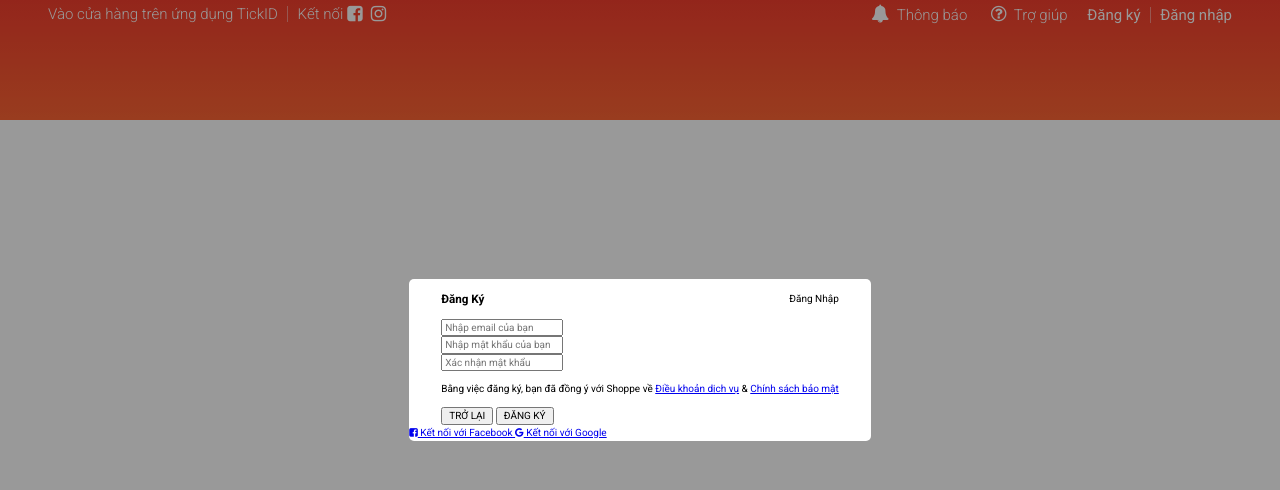
Repository: huydev0401/F8-Shop
Page: index.html
These files come from the project's save history. The page is drawn as it stood at one moment and after the next save; the edit follows.
The browser window is 1280 px wide. The pictures show the whole page.

Above is the page before, as saved 2021-08-12 15:53:27.

### index.html
<!DOCTYPE html>
<html lang="en">
<head>
    <meta charset="UTF-8">
    <meta http-equiv="X-UA-Compatible" content="IE=edge">
    <meta name="viewport" content="width=device-width, initial-scale=1.0">
    <title>Document</title>
    <link rel="stylesheet" href="https://cdnjs.cloudflare.com/ajax/libs/font-awesome/4.7.0/css/font-awesome.css">
    <link rel="preconnect" href="https://fonts.googleapis.com">
    <link rel="preconnect" href="https://fonts.gstatic.com" crossorigin>
    <link href="https://fonts.googleapis.com/css2?family=Roboto:wght@300;400;700&display=swap" rel="stylesheet">
    <link rel="stylesheet" href="https://cdnjs.cloudflare.com/ajax/libs/normalize/8.0.1/normalize.min.css">
    <link rel="stylesheet" href="./assets/css/base.css">
    <link rel="stylesheet" href="./assets/css/main.css">
</head>
<body>
    <header class="header">
        <nav class="navbar grid">
            <ul class="navbar__list">
                <li class="navbar__item navbar__item--has-qr navbar__item--separate">
                    Vào cửa hàng trên ứng dụng TickID
                    <div class="header-qr">
                        <img src="./assets/img/qr_code.png" alt="QR Code" class="header-qr__img">
                        <div class="header-qr__apps">
                            <a href="#" class="header-qr__link">
                                <img class="header-qr__app" src="./assets/img/google_play.png" alt="google play">
                            </a>
                            <a href="#" class="header-qr__link">
                                <img class="header-qr__app" src="./assets/img/app_store.png" alt="app store">
                            </a>
                            <a href="#" class="header-qr__link">
                                <img class="header-qr__app" src="./assets/img/app_gallery.png" alt="app gallery">
                            </a>
                        </div>
                    </div>
                </li>
                <li class="navbar__item">
                    <span class="text-white cursor-text">Kết nối</span>
                    <a class="navbar-icon__link" href="#">
                        <i class="navbar__icon fa fa-facebook-square"></i>
                    </a>
                    <a class="navbar-icon__link" href="#">
                        <i class="navbar__icon fa fa-instagram"></i>
                    </a>
                </li>
            </ul>
            <ul class="navbar__list">
                <li class="navbar__item navbar__item--has-noti">
                    <a href="#" class="navbar__link">
                        <i class="navbar__icon fa fa-bell"></i>
                        Thông báo
                    </a>
                    <div class="header__noti">
                        <div class="noti__heading">
                            <h3>Thông báo mới nhận</h3>
                        </div>
                        <ul class="noti__list">
                            <li class="noti__item">
                                <a href="#" class="noti__link">
                                    <img src="https://images.unsplash.com/photo-1484399172022-72a90b12e3c1?ixid=MnwxMjA3fDB8MHxwaG90by1wYWdlfHx8fGVufDB8fHx8&ixlib=rb-1.2.1&auto=format&fit=crop&w=1050&q=80" alt="" class="noti__image">
                                    <div class="noti__info">
                                        <span class="noti__name">Xác thực chính hãng nguồn gốc các sản phẩm Ohui</span>
                                        <span class="noti__desc">Xác thực chính hãng nguồn gốc các sản phẩm Ohui</span>
                                    </div>
                                </a>
                            </li>
                            <li class="noti__item noti__item--unread">
                                <a href="#" class="noti__link">
                                    <img src="https://images.unsplash.com/photo-1484399172022-72a90b12e3c1?ixid=MnwxMjA3fDB8MHxwaG90by1wYWdlfHx8fGVufDB8fHx8&ixlib=rb-1.2.1&auto=format&fit=crop&w=1050&q=80" alt="" class="noti__image">
                                    <div class="noti__info">
                                        <span class="noti__name">Xác thực chính hãng nguồn gốc các sản phẩm Ohui</span>
                                        <span class="noti__desc">Xác thực chính hãng nguồn gốc các sản phẩm Ohui</span>
                                    </div>
                                </a>
                            </li>
                            <li class="noti__item noti__item--unread">
                                <a href="#" class="noti__link">
                                    <img src="https://images.unsplash.com/photo-1484399172022-72a90b12e3c1?ixid=MnwxMjA3fDB8MHxwaG90by1wYWdlfHx8fGVufDB8fHx8&ixlib=rb-1.2.1&auto=format&fit=crop&w=1050&q=80" alt="" class="noti__image">
                                    <div class="noti__info">
                                        <span class="noti__name">Xác thực chính hãng nguồn gốc các sản phẩm Ohui</span>
                                        <span class="noti__desc">Xác thực chính hãng nguồn gốc các sản phẩm Ohui</span>
                                    </div>
                                </a>
                            </li>
                            <li class="noti__item noti__item--unread">
                                <a href="#" class="noti__link">
                                    <img src="https://images.unsplash.com/photo-1484399172022-72a90b12e3c1?ixid=MnwxMjA3fDB8MHxwaG90by1wYWdlfHx8fGVufDB8fHx8&ixlib=rb-1.2.1&auto=format&fit=crop&w=1050&q=80" alt="" class="noti__image">
                                    <div class="noti__info">
                                        <span class="noti__name">Xác thực chính hãng nguồn gốc các sản phẩm Ohui</span>
                                        <span class="noti__desc">Xác thực chính hãng nguồn gốc các sản phẩm Ohui</span>
                                    </div>
                                </a>
                            </li>
                        </ul>
                        <div class="noti__footer">
                            <a href="#" class="noti__btn">Xem tất cả</a>
                        </div>
                    </div>
                </li>
                <li class="navbar__item">
                    <a href="#" class="navbar__link">
                        <i class="navbar__icon fa fa-question-circle-o"></i>
                        Trợ giúp
                    </a>
                </li>
                <li class="navbar__item navbar__item--bold navbar__item--separate">Đăng ký</li>
                <li class="navbar__item navbar__item--bold">Đăng nhập</li>
            </ul>
        </nav>
    </header>
    <main class="wrapper">

    </main>
    <footer class="footer">

    </footer>

    <!-- Modal -->
    <div class="modal">
        <div class="modal__overlay"></div>
        <div class="modal__content">
            <!-- authe form -->
            <div class="auth-form">
                <div class="auth-form__container">
                    <div class="authe-form__header">
                        <h3 class="authe-form__heading">Đăng Ký</h3>
                        <span class="authe-form__switch-btn">Đăng Nhập</span>
                    </div>
                    <div class="authe-form__form">
                        <div class="authe-form__group">
                            <input type="text" class="authe-form__input" placeholder="Nhập email của bạn">
                        </div>
                        <div class="authe-form__group">
                            <input type="password" class="authe-form__input" placeholder="Nhập mật khẩu của bạn">
                        </div>
                        <div class="authe-form__group">
                            <input type="password" class="authe-form__input" placeholder="Xác nhận mật khẩu">
                        </div>
                    </div>
                    <div class="authe-form__aside">
                        <p class="authe-form__policy-text">
                            Bằng việc đăng ký, bạn đã đồng ý với Shoppe về
                            <a href="#" class="authe-form__policy-link">Điều khoản dịch vụ</a> &
                            <a href="#" class="authe-form__policy-link">Chính sách bảo mật</a>
                        </p>
                    </div>
                    <div class="authe-form__controls">
                        <button class="btn">TRỞ LẠI</button>
                        <button class="btn btn--primary">ĐĂNG KÝ</button>
                    </div>
                </div>
                <div class="authe-form__socials">
                    <a href="#" class="btn btn--with-icon">
                        <i class="fa fa-facebook-square"></i>
                        Kết nối với Facebook
                    </a>
                    <a href="#" class="btn btn--with-icon">
                        <i class="fa  fa-google"></i>
                        Kết nối với Google
                    </a>
                </div>
            </div>
        </div>
    </div>
</body>
</html>

### assets/css/base.css
:root {
    --white_color: #fff;
    --black_color: #000;
    --text_color: #333;
    --primary_color: #ee4d2d;
    --border_color: #dbdbdb;
}

* {
    box-sizing: inherit;
}

html {
    font-size: 62.5%;
    line-height: 1.6rem;
    box-sizing: border-box;
    font-family: 'Roboto', sans-serif;
}

.grid {
    width: 1200px;
    max-width: 100%;
    margin: 0 auto;
}

.grid__full-width {
    width: 100%;
}

.grid__row {
    display: flex;
    flex-wrap: wrap;
}

.text-white {
    color: #fff;
}

.cursor-text {
    cursor: text;
}

/* Modal */
.modal {
    display: flex;
    position: fixed;
    top: 0;
    right: 0;
    bottom: 0;
    left: 0;
}

.modal__overlay {
    position: absolute;
    top: 0;
    left: 0;
    width: 100%;
    height: 100%;
    background-color: rgba(0, 0, 0, .4);
}

.modal__content {
    margin: auto;
    border-radius: 5px;
    background-color: var(--white_color);
    position: relative;
    z-index: 1;
}

### assets/css/main.css
.header {
    height: 120px;
    background-image: linear-gradient(to bottom, #f53e2d, #fe6433 );
}

.navbar {
    display: flex;
    justify-content: space-between;
}

.navbar__list {
    list-style: none;
    padding-left: 0;
    font-size: 1.5rem;
    font-weight: 300;
    margin-top: 5px;
}

.navbar__item {
    display: inline-block;
    margin: 0 8px;
    color: var(--white_color);
    position: relative;
    transition: all .2s linear;
    min-height: 18px;
}

.navbar__item--has-noti:hover .header__noti {
    display: block;
}

.navbar__item--has-qr:hover .header-qr {
    display: block;
}

.navbar__item--separate::after {
    content: " ";
    border-right: 1px solid #fb9086;
    height: 16px;
    position: absolute;
    top: 50%;
    right: -10px;
    transform: translateY(-50%);
}

.navbar__item--bold {
    font-weight: 400;
}

.navbar__link {
    color: var(--white_color);
    text-decoration: none;
    transition: all .2s linear;
}

.navbar__item:hover,
.navbar__link:hover,
.navbar-icon__link:hover {
    color: rgba(255, 255, 255, .7);
    cursor: pointer;
}

.navbar__item,
.navbar-icon__link {
    display: inline-flex;
    align-items: center;
}

.navbar-icon__link {
    color: var(--white_color);
    text-decoration: none;
}

.navbar__icon {
    font-size: 18px;
    margin: 0 4px;
}

.header-qr {
    background-color: var(--white_color);
    width: 180px;
    position: absolute;
    top: 140%;
    left: 0;
    padding: 8px;
    border-radius: 2px;
    display: none;
    animation: fadeIn linear .3s;
    will-change: opacity;
}

@keyframes fadeIn {
    from {
        opacity: 0;
    }
    to {
        opacity: 1;
    }
}

.header-qr::before {
    content: "";
    position: absolute;
    top: -18px;
    left: 0;
    width: 100%;
    height: 20px;
    display: block;
}

.header-qr__img {
    width: 100%;
}

.header-qr__apps {
    display: flex;
    justify-content: space-between;
    flex-wrap: wrap;
}

.header-qr__link {
    width: calc(50% - 10px);
    margin: 5px 0 5px 10px;
}

.header-qr__app {
    height: 15px;
}

.header__noti {
    position: absolute;
    top: 140%;
    right: 0;
    width: 404px;
    background-color: var(--white_color);
    border: 1px solid #d3d3d3;
    cursor: default;
    transform-origin: calc(100% - 20px) top;
    animation: headerNotiGrowth ease-in .2s;
    will-change: opacity, transform;
    display: none;
}

@keyframes headerNotiGrowth {
    from {
        opacity: 0;
        transform: scale(0);
    }
    to {
        opacity: 1;
        transform: scale(1);
    }
}

.header__noti::before {
    content: "";
    position: absolute;
    top: -23px;
    right: 3px;
    border-width: 16px 30px;
    border-style: solid;
    border-color: transparent transparent var(--white_color) transparent;
}

.header__noti::after {
    content: "";
    position: absolute;
    top: -18px;
    right: 0;
    width: 110px;
    height: 20px;
    display: block;
}

.noti__heading {
    height: 40px;
    background-color: var(--white_color);
}

.noti__heading h3 {
    color: #999;
    margin: 0;
    font-weight: 400;
    font-size: 1.4rem;
    text-transform: capitalize;
    line-height: 40px;
    margin-left: 12px;
    user-select: none;
}

.noti__list {
    padding-left: 0;
}

.noti__item {
    transition: all .2s linear;
}

.noti__item:hover {
    background-color: #f7f7f7;
}

.noti__item--unread {
    background-color: rgba(238, 75, 43, 0.09);
}

.noti__link {
    display: flex;
    padding: 12px;
    text-decoration: none;
}

.noti__image {
    width: 48px;
    object-fit: contain;
}

.noti__info {
    margin-left: 12px;
}

.noti__name {
    display: block;
    font-size: 1.4rem;
    color: var(--black_color);
    font-weight: 400;
    margin-bottom: 5px;
}

.noti__desc {
    display: block;
    font-size: 1.2rem;
    color: #756f6e;
}

.noti__footer {
    text-align: center;
}

.noti__btn {
    text-decoration: none;
    color: var(--text_color);
    padding: 10px 0;
    width: 100%;
    font-size: 1.4rem;
    font-weight: 400;
    display: block;
}

/* Authe form */
.auth-form {
    max-width: 500px;
}

.auth-form__container {
    padding: 0 32px;
}

.authe-form__header {
    display: flex;
    align-items: center;
    justify-content: space-between;
}

.authe-form__heading {

}

.authe-form__switch-btn {

}

.authe-form__form {

}

.authe-form__group {

}

.authe-form__input {

}

.authe-form__aside {

}

.authe-form__policy-text {

}

.authe-form__policy-link {

}

.authe-form__controls {

}

.btn {

}

.btn--primary {

}

.authe-form__socials {

}

.btn--with-icon {

}

After the next save:
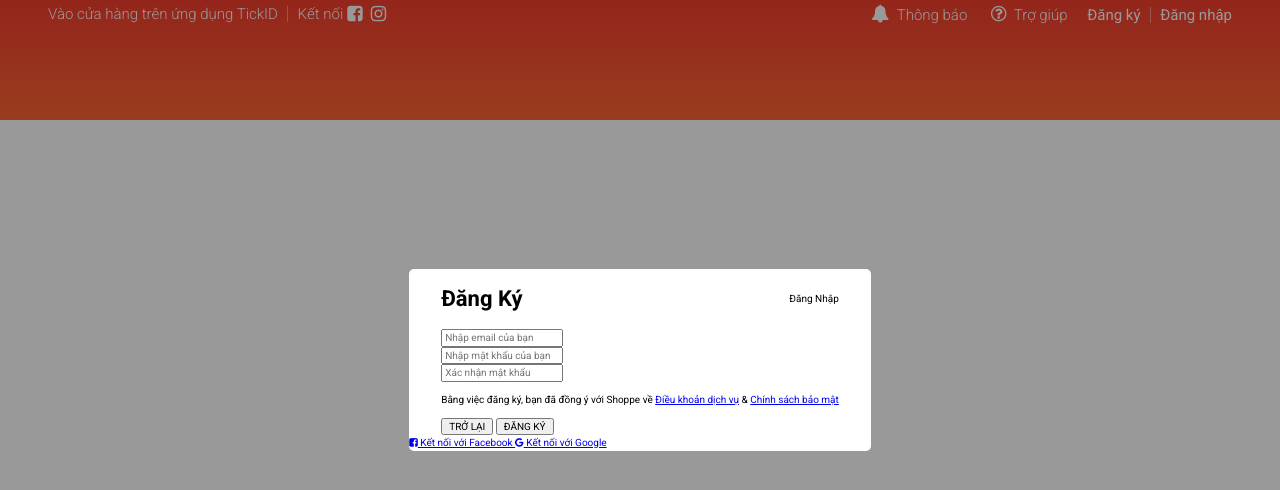
Saved 27 s later.
--- a/assets/css/main.css
+++ b/assets/css/main.css
@@ -263,7 +263,7 @@
 }
 
 .authe-form__heading {
-
+    font-size: 2.2rem;
 }
 
 .authe-form__switch-btn {
